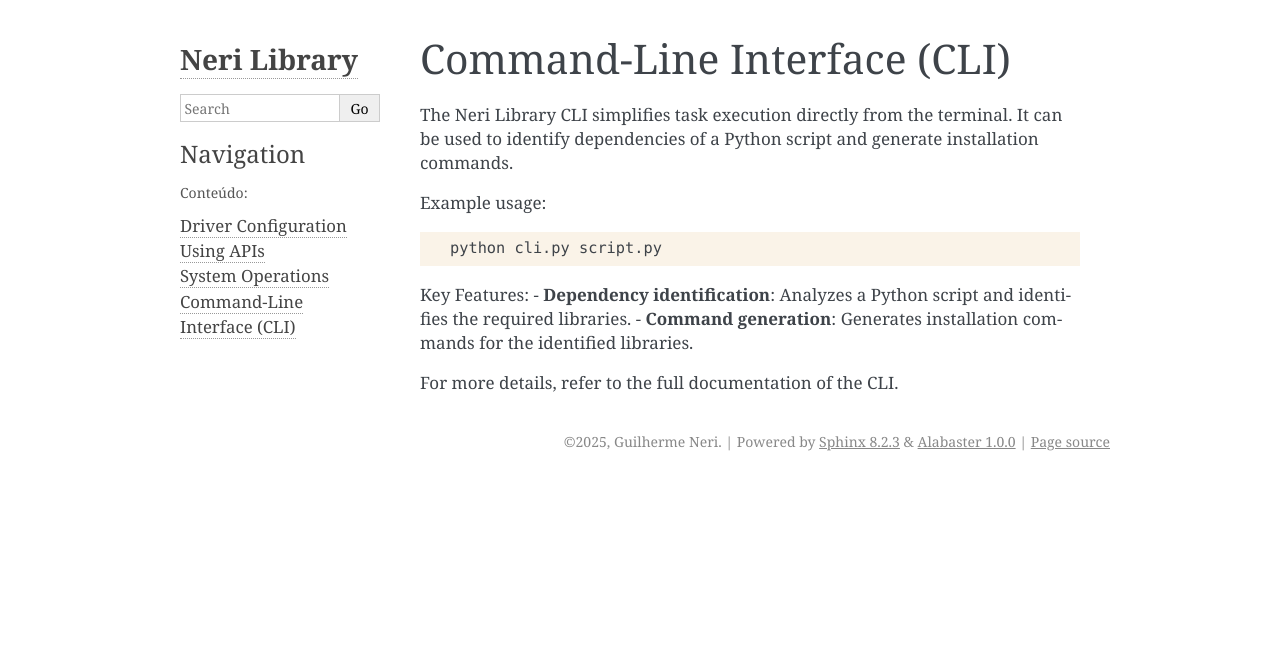
Repository: NeriAzv/Neri-Library
Page: build/html/cli.html
These files come from the project's save history. The page is drawn as it stood at one moment and after the next save; the edit follows.
The browser window is 1280 px wide. The pictures show the whole page.

Above is the page before, as saved 2025-04-04 15:06:07.

After the next save:
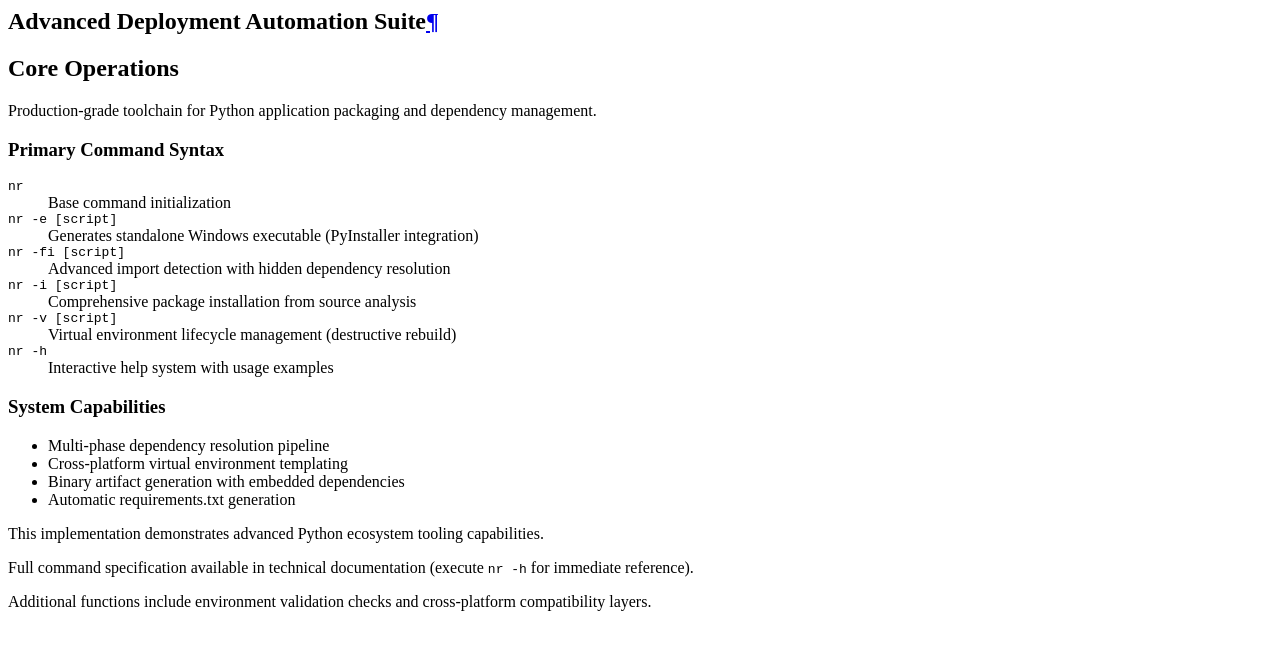
Saved 44 s later.
--- a/build/html/cli.html
+++ b/build/html/cli.html
@@ -1,118 +1,48 @@
-<!DOCTYPE html>
+<section id="command-line-interface-cli">
+  <h1>Advanced Deployment Automation Suite<a class="headerlink" href="#command-line-interface-cli"
+      title="Link to this heading">¶</a></h1>
+  <div class="feature-summary">
+    <h2>Core Operations</h2>
+    <p>Production-grade toolchain for Python application packaging and dependency management.</p>
 
-<html lang="en" data-content_root="./">
-  <head>
-    <meta charset="utf-8" />
-    <meta name="viewport" content="width=device-width, initial-scale=1.0" /><meta name="viewport" content="width=device-width, initial-scale=1" />
+    <div class="command-reference">
+      <h3>Primary Command Syntax</h3>
+      <dl class="command-list">
+        <dt><code>nr</code></dt>
+        <dd>Base command initialization</dd>
 
-    <title>Command-Line Interface (CLI) &#8212; Neri Library 0.2.0 documentation</title>
-    <link rel="stylesheet" type="text/css" href="_static/pygments.css?v=5ecbeea2" />
-    <link rel="stylesheet" type="text/css" href="_static/basic.css?v=b08954a9" />
-    <link rel="stylesheet" type="text/css" href="_static/alabaster.css?v=27fed22d" />
-    <script src="_static/documentation_options.js?v=938c9ccc"></script>
-    <script src="_static/doctools.js?v=9bcbadda"></script>
-    <script src="_static/sphinx_highlight.js?v=dc90522c"></script>
-    <link rel="index" title="Index" href="genindex.html" />
-    <link rel="search" title="Search" href="search.html" />
-    <link rel="prev" title="System Operations" href="system.html" />
+        <dt><code>nr -e [script]</code></dt>
+        <dd>Generates standalone Windows executable (PyInstaller integration)</dd>
 
-  <link rel="stylesheet" href="_static/custom.css" type="text/css" />
+        <dt><code>nr -fi [script]</code></dt>
+        <dd>Advanced import detection with hidden dependency resolution</dd>
 
+        <dt><code>nr -i [script]</code></dt>
+        <dd>Comprehensive package installation from source analysis</dd>
 
+        <dt><code>nr -v [script]</code></dt>
+        <dd>Virtual environment lifecycle management (destructive rebuild)</dd>
 
-
-
-  </head><body>
-
-
-    <div class="document">
-      <div class="documentwrapper">
-        <div class="bodywrapper">
-
-
-          <div class="body" role="main">
-
-  <section id="command-line-interface-cli">
-<h1>Command-Line Interface (CLI)<a class="headerlink" href="#command-line-interface-cli" title="Link to this heading">¶</a></h1>
-<p>The Neri Library CLI simplifies task execution directly from the terminal. It can be used to identify dependencies of a Python script and generate installation commands.</p>
-<p>Example usage:</p>
-<div class="highlight-bash notranslate"><div class="highlight"><pre><span></span>python<span class="w"> </span>cli.py<span class="w"> </span>script.py
-</pre></div>
-</div>
-<p>Key Features:
-- <strong>Dependency identification</strong>: Analyzes a Python script and identifies the required libraries.
-- <strong>Command generation</strong>: Generates installation commands for the identified libraries.</p>
-<p>For more details, refer to the full documentation of the CLI.</p>
-</section>
-
-
-          </div>
-
-        </div>
-      </div>
-      <div class="sphinxsidebar" role="navigation" aria-label="Main">
-        <div class="sphinxsidebarwrapper">
-<h1 class="logo"><a href="index.html">Neri Library</a></h1>
-
-
-
-
-
-
-
-
-
-<search id="searchbox" style="display: none" role="search">
-    <div class="searchformwrapper">
-    <form class="search" action="search.html" method="get">
-      <input type="text" name="q" aria-labelledby="searchlabel" autocomplete="off" autocorrect="off" autocapitalize="off" spellcheck="false" placeholder="Search"/>
-      <input type="submit" value="Go" />
-    </form>
-    </div>
-</search>
-<script>document.getElementById('searchbox').style.display = "block"</script><h3>Navigation</h3>
-<p class="caption" role="heading"><span class="caption-text">Conteúdo:</span></p>
-<ul class="current">
-<li class="toctree-l1"><a class="reference internal" href="driver.html">Driver Configuration</a></li>
-<li class="toctree-l1"><a class="reference internal" href="api.html">Using APIs</a></li>
-<li class="toctree-l1"><a class="reference internal" href="system.html">System Operations</a></li>
-<li class="toctree-l1 current"><a class="current reference internal" href="#">Command-Line Interface (CLI)</a></li>
-</ul>
-
-<div class="relations">
-<h3>Related Topics</h3>
-<ul>
-  <li><a href="index.html">Documentation overview</a><ul>
-      <li>Previous: <a href="system.html" title="previous chapter">System Operations</a></li>
-  </ul></li>
-</ul>
-</div>
-
-
-
-
-
-
-
-
-        </div>
-      </div>
-      <div class="clearer"></div>
-    </div>
-    <div class="footer">
-      &#169;2025, Guilherme Neri.
-
-      |
-      Powered by <a href="https://www.sphinx-doc.org/">Sphinx 8.2.3</a>
-      &amp; <a href="https://alabaster.readthedocs.io">Alabaster 1.0.0</a>
-
-      |
-      <a href="_sources/cli.rst.txt"
-          rel="nofollow">Page source</a>
+        <dt><code>nr -h</code></dt>
+        <dd>Interactive help system with usage examples</dd>
+      </dl>
     </div>
 
+    <div class="technical-highlights">
+      <h3>System Capabilities</h3>
+      <ul>
+        <li>Multi-phase dependency resolution pipeline</li>
+        <li>Cross-platform virtual environment templating</li>
+        <li>Binary artifact generation with embedded dependencies</li>
+        <li>Automatic requirements.txt generation</li>
+      </ul>
+    </div>
+  </div>
 
-
-
-  </body>
-</html>
+  <div class="implementation-note">
+    <p>This implementation demonstrates advanced Python ecosystem tooling capabilities.</p>
+    <p>Full command specification available in technical documentation (execute <code>nr -h</code> for immediate
+      reference).</p>
+    <p>Additional functions include environment validation checks and cross-platform compatibility layers.</p>
+  </div>
+</section>
